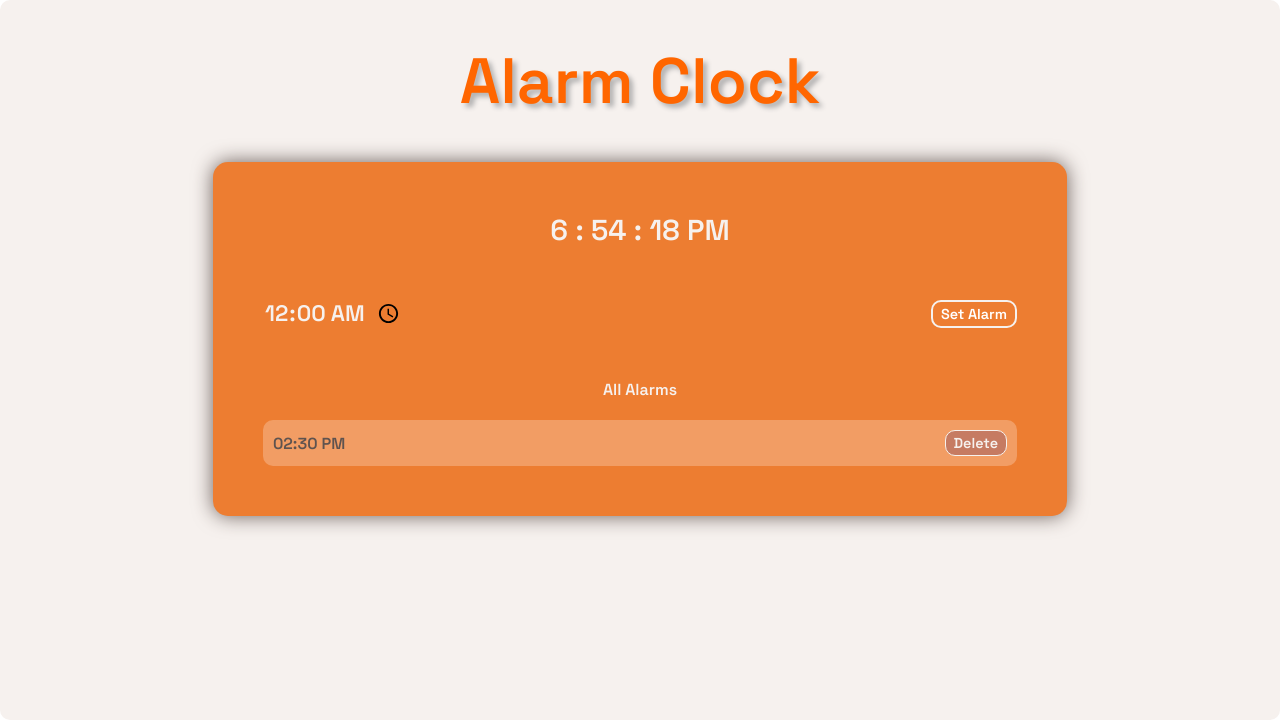
Repository: Pragya016/Alarm-Clock
Page: Index.html
These files come from the project's save history. The page is drawn as it stood at one moment and after the next save; the edit follows.
The browser window is 1280 px wide. The pictures show the whole page.

Above is the page before, as saved 2024-01-19 23:29:11.

### Index.html
<!DOCTYPE html>
<html lang="en">

<head>
    <meta charset="UTF-8">
    <meta name="viewport" content="width=device-width, initial-scale=1.0">
    <!-- css stylesheet -->
    <link rel="stylesheet" href="styles.css">

    <title>Alarm Clock</title>
</head>

<body>
    <div id="box">
        <h1>Alarm Clock</h1>
        <div class="container">

            <!-- showing the current time -->
            <div id="current-time">
                <h2 class="cur-time"></h2>
            </div>

            <!-- to set the alarm -->
            <div id="set-alarm">
                <h3>
                    <input type="time" class="set-time" value="00:00">
                </h3>
                <button type="button" id="set-alarm-btn">
                    Set Alarm
                </button>
            </div>

            <!-- list of alarms that are already been set -->
            <div id="all-alarms">
                <p class="heading"><b>All Alarms</b>
                </p>
                <div class="alarm">
                    <p class="preSetAlarmTime">
                        02:30 PM
                    </p>
                    <button type="button" class="dlt-alarm-btn">
                        Delete
                    </button>
                </div>
            </div>
        </div>
    </div>
    <!-- script -->
    <script src="clock.js"></script>
</body>

</html>

### styles.css
@import url('https://fonts.googleapis.com/css2?family=IBM+Plex+Mono:wght@700&family=Space+Grotesk:wght@600&display=swap');

/* default css styles */
:root {
    --creamColor : #F6F1EE;
    --orangeShadeDark : #ff6600;
    --OrangeColor : #ED7D31;
    --brownColor : #6C5F5B;
    --brownShadeDarker : #5f534f;
    --orangeShadeDarker : #ba4c28;
}

body, html{
    margin: 0;
    padding: 0;
}

*{
    box-sizing: border-box;
    margin: 0;
        font-family: 'IBM Plex Mono', monospace;
font-family: 'Space Grotesk', sans-serif;
}

/* main container */
#box{
    height: 100vh;
    padding: 30px;
    width: 100%;
    margin: auto;
    border-radius: 10px;
    background-color: var(--creamColor);
}

#box h1{
    color: var(--orangeShadeDark);
    text-align: center;
    margin-top: 10px;
    font-size: 4rem;
    overflow: hidden;
    text-shadow: 4px 4px 5px rgb(179, 178, 178);
}

/* ----------------------------- */

#current-time{
    font-size: 1.2rem;
}

/* ----------------------------- */

.container {
    color: var(--creamColor);
    height: auto;
    width: 70%;
    overflow: scroll;
    margin: 40px auto 0;
    padding: 50px;
    font-family: Arial, Helvetica, sans-serif;
    display: flex;
    flex-direction: column;
    /* letter-spacing: 3px; */
    align-items: center;
    border-radius: 15px;
    background-color: var(--OrangeColor);
    box-shadow: 0px 0px 20px var(--brownColor);
}

/* ----------------------------- */
/* set alarm container */

#set-alarm {
    display: flex;
    justify-content: space-between;
    width: 100%;
    margin: 50px auto 30px auto;
}

.set-time {
    cursor: pointer;
    border: none;
    background-color: #00000000;
    color: var(--creamColor);
}

.set-time{
    border: none;
    font-size: larger;
    font-weight: 600;
}

/* ----------------------------- */
/* all alarms container */

#all-alarms {
    margin-top: 20px;
    display: flex;
    justify-content: space-between;
    width: 100%;
    height: auto;
    flex-direction: column;
    align-items: center;
}

#all-alarms .heading {
    color: var(--creamColor);
}

.alarm{
    display: flex;
    justify-content: space-between;
    width: 100%;
    padding: 10px;
    background-color: rgba(255, 255, 255, 0.247);
    margin-top: 20px;align-items: center;
    border-radius: 10px;
}

.alarm .preSetAlarmTime {
    font-size: 1rem;
    color: var(--brownShadeDarker);
}

.dlt-alarm-btn{
    border: 1px solid var(--creamColor);;
    background-color: hsl(15, 47%, 58%);
    color: var(--creamColor);
}

.dlt-alarm-btn:hover {
    border-color:var(--orangeShadeDarker);
    background-color: #F6F1EE;
    color: var(--orangeShadeDarker);
}

/* ----------------------------- */

button {
    width: auto;
    margin: auto 0;
    border-radius: 10px;
    font: 600;
    font-size: 0.9rem;
    border: none;
     padding: 3px 8px;
    border: 2px solid #F6F1EE;;
    background-color: #ED7D31;
    cursor: pointer;
    color: white;
}

button:hover{
   color: #ce5300;
    background-color: var(--creamColor);
}

### clock.js
// selecting all the elements of html
const currentTime = document.querySelector('.cur-time');
const setNewAlarm = document.querySelector('.set-time');
const setNewAlarmBtn = document.querySelector('#set-alarm-btn');
const preSetAlarmTime = document.querySelector('.preSetAlarmTime');
const deleteBtn = document.querySelector('.dlt-alarm-btn');
const allAlarmsContainer = document.querySelector('#all-alarms');



// --------------------------------------------
// display the current time

function updateTime() {
    let currentDate = new Date();
    let hours = currentDate.getHours();
    let minutes = currentDate.getMinutes();
    let seconds = currentDate.getSeconds();

    // selecting am or pm
    var ampm = (hours >= 12) ? "PM" : "AM";

    // getting hours minutes and seconds
    hours = (hours < 10) ? "0" + hours : hours - 12;
    minutes = (minutes < 10) ? "0" + minutes : minutes;
    seconds = (seconds < 10) ? "0" + seconds : seconds;

    // setting the tet content to current time
    let currentTimeString = `${hours} : ${minutes} : ${seconds} ${ampm}`;
    currentTime.textContent = currentTimeString;
}

setInterval(updateTime, 1000);
updateTime();


// --------------------------------------------
// setting new alarm

setNewAlarmBtn.addEventListener('click', () => {
    // getting the input value
    const timeInput = setNewAlarm.value;
    let [hourVal, minVal] = timeInput.split(':');

    const period = hourVal >= 12 ? 'PM' : 'AM';

    // console.log(minVal, hourVal)
    if (hourVal === '00') {
        hourVal = 12;
    }
    if (hourVal > 12) {
        hourVal %= 12;
    }

    // html for newly created alarm
    const newAlarm = `
            <div class="alarm">
                <p class="preSetAlarmTime">
                    ${hourVal}:${minVal} ${period}
                </p>
                <button type="button" class="dlt-alarm-btn">
                    Delete
                </button>
            </div>
        `;

    // inserting the html to the container
    setTimeout(() => {
        allAlarmsContainer.insertAdjacentHTML('beforeend', newAlarm);
        setNewAlarm.value = '00:00';
        startCountDown(hourVal, minVal, period);
    }, 300);

});

// --------------------------------------------
function startCountDown(hours, minutes, period) {
    // Convert hours to 24-hour format if PM
    if (period.toLowerCase() === 'pm') {
        hours = (hours % 12) + 12;
    } else {
        hours = hours % 12;
    }

    // calculating seconds
    const totalMin = (hours * 60) + minutes;
    let totalSeconds = totalMin * 60;

    setTimeout(() => {
        alert('alarm ended!!');
   }, totalSeconds * 1000);
}

// --------------------------------------------
// deleting the alarm

allAlarmsContainer.addEventListener('click', (e) => {
    // checking if delete alarm btn is present or not
    if (e.target.classList.contains('dlt-alarm-btn')) {

        // finding the closest element
        const alarmElement = e.target.closest('.alarm');

        // deleting the alarm
        // if (alarmElement) {
        //     setTimeout(() => {
        //         alarmElement.remove();
        //     }, 300);
        // }
    }
});

After the next save:
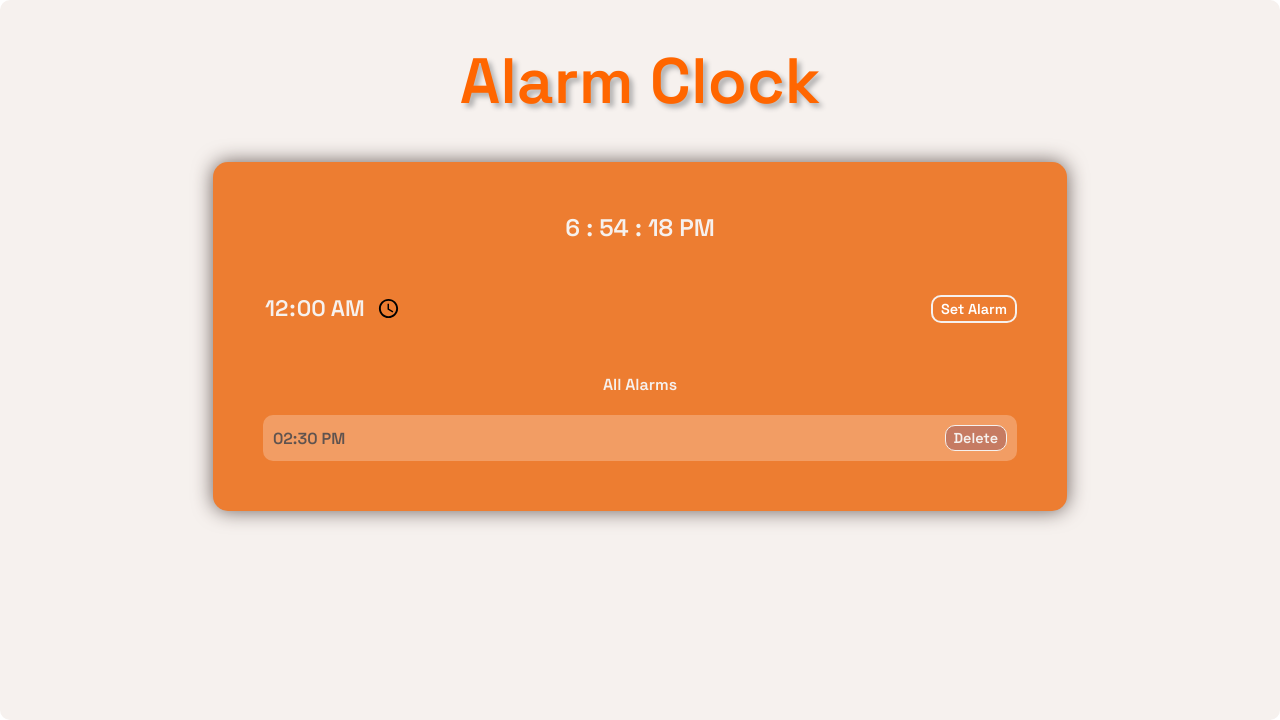
Saved 15 min 36 s later.
--- a/Index.html
+++ b/Index.html
@@ -16,7 +16,7 @@
         <div class="container">
 
             <!-- showing the current time -->
-            <div id="current-time">
+            <div id="crent-time">
                 <h2 class="cur-time"></h2>
             </div>
 

After the 4 saves that followed:
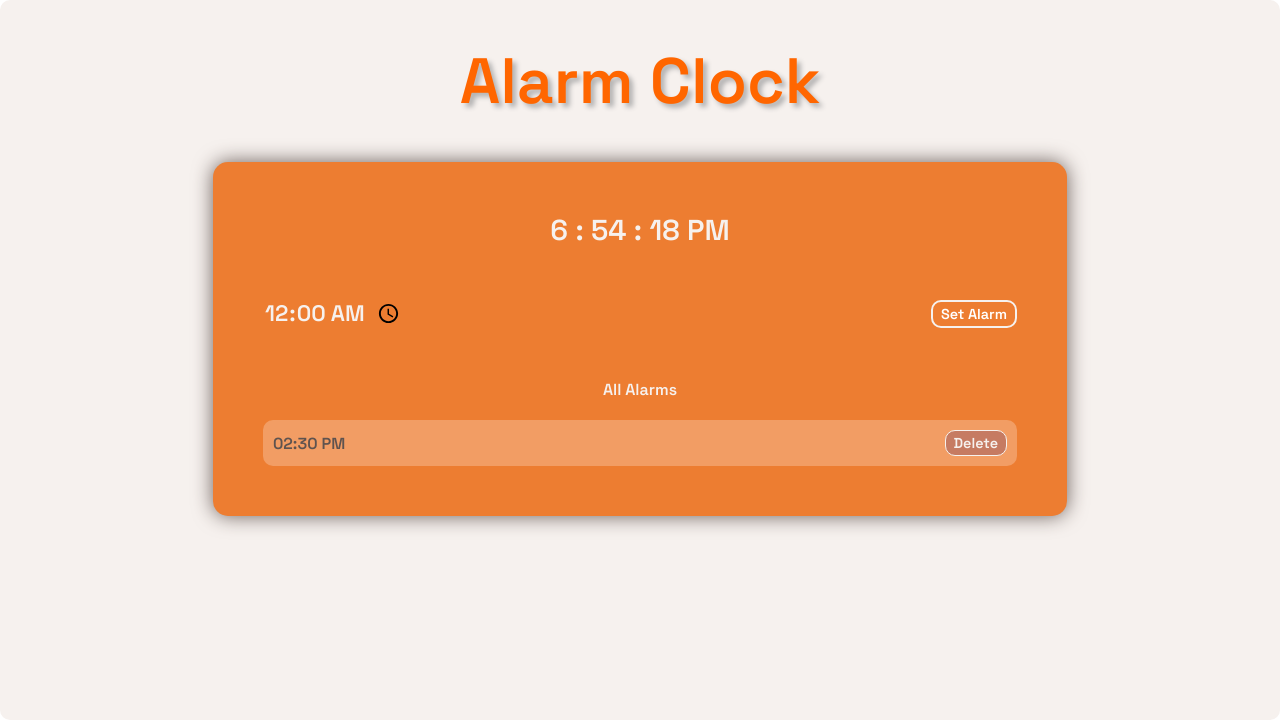
The 4 saves are shown as one change because they came seconds apart.
The last was saved 8 s later.
--- a/Index.html
+++ b/Index.html
@@ -16,7 +16,7 @@
         <div class="container">
 
             <!-- showing the current time -->
-            <div id="crent-time">
+            <div id="current-time">
                 <h2 class="cur-time"></h2>
             </div>
 
